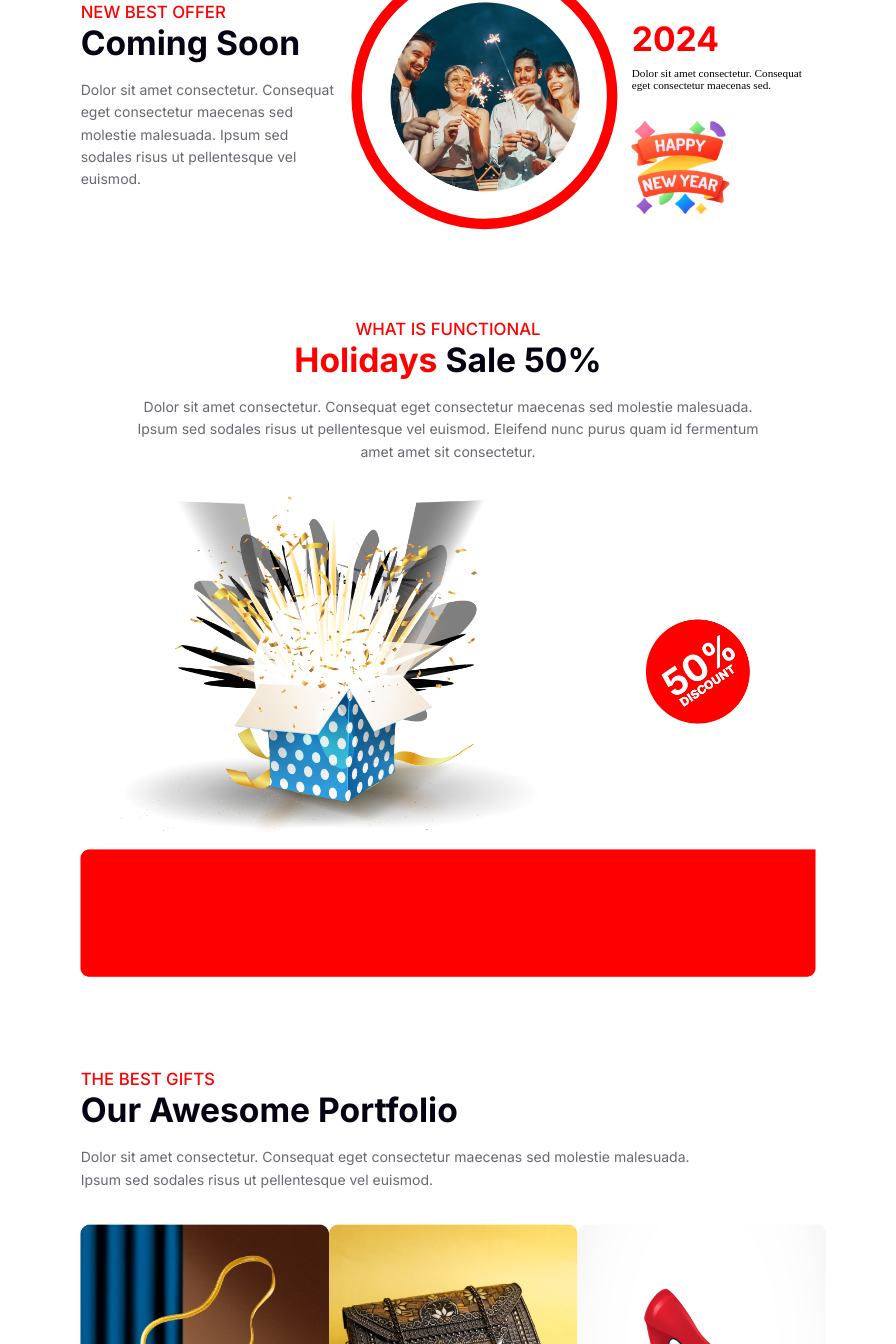
Repository: rahmatahmedrifat/First-Assignment
Page: index.html
The author's editor kept a copy of each file at every save. The page is drawn from the files as they stood at one save, then again after the next save.
The browser window is 1280 px wide. The pictures show the part of the page from y = 2959 to 4879 px (the page is 6934 px tall), at 70% of full size.

Above is the page before, as saved 2024-01-09 16:54:25.

After the next save:
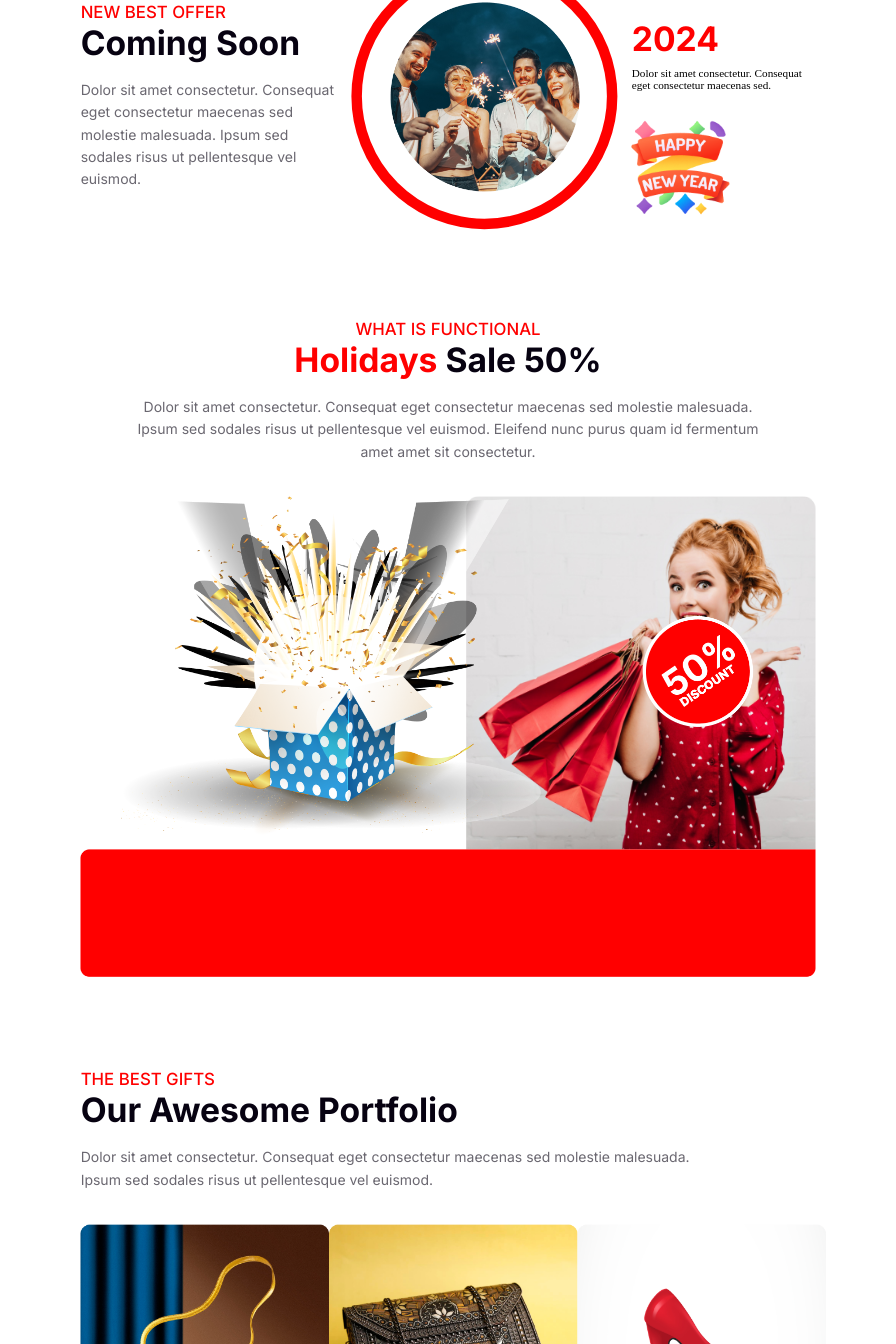
Saved 72 s later.
--- a/Style/style.css
+++ b/Style/style.css
@@ -426,6 +426,10 @@
     align-items: center;
     justify-content: space-around;
     margin-top: 48px;
+    background-image: url(../images/Rectangle\ 1.png);
+    background-repeat: no-repeat;
+    background-size: contain;
+    background-position: bottom right;
 }
 .holiday-back-img .holiday-gift-content{
     width: 600px;
